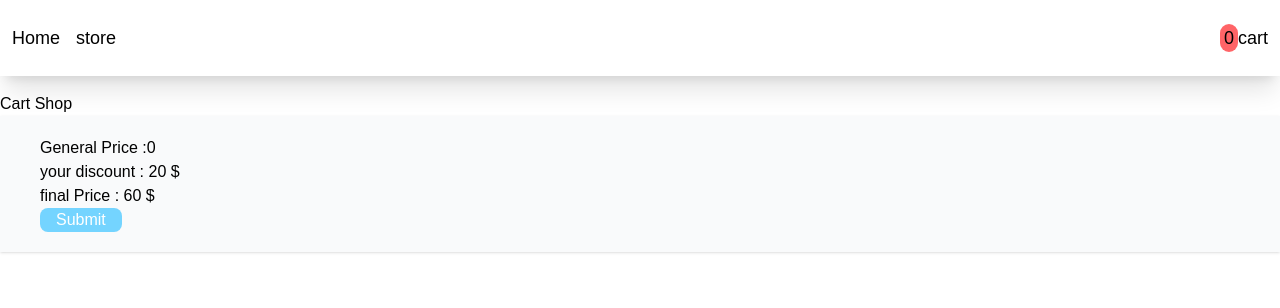
Repository: Rohullah-Noori/Nextjs-online-shop
Page: /cart
The author's editor kept a copy of each file at every save. The page is drawn from the files as they stood at one save, then again after the next save.
The browser window is 1280 px wide. The pictures show the whole page.
The project was rebuilt for these pictures with package versions that can differ from the ones it lists, and the page was loaded fresh each time. The framework's server and built-in components were replaced by stand-ins that run in the browser. Requests to the local data server were answered from the project's data file. Also part of the build but not shown: next.config.ts, src/app/components/AddToCart.tsx, src/app/components/CartItem.tsx.

Above is the page before, as saved 2025-05-13 16:32:16.

### src/app/cart/page.tsx
"use client";

import React, { useEffect, useState } from "react";
import Container from "../components/Container";
import CartItem from "../components/CartItem";
import { useShopingContextCustim } from "../context/page";
import axios from "axios";
import { IProductsProps } from "../components/Products";
import { formatNumber } from "@/utils/number";

export default function Cart() {
  const { cart } = useShopingContextCustim();

  const [data, setData] = useState<IProductsProps[]>([]);

  useEffect(() => {
    axios(`http://localhost:3004/products`).then((res) => {
      const { data } = res;
      setData(data);
    });
  }, []);

  console.log(data);

  return (
    <Container>
      <h1>Cart Shop</h1>
      {cart.map((item) => (
        <CartItem key={item.id} {...item} />
      ))}

      <div className="shadow bg-gray-50 gap-y-3 px-10 py-5 ">
        <p>
          General Price :
          <span>
            {formatNumber(
              cart.reduce((total, item) => {
                const selectedproduct = data.find(
                  (product) => product.id == item.id.toString()
                );
                return total + (selectedproduct?.price ?? 0) * item.qty;
              }, 0)
            )}
          </span>
        </p>
        <p>
          your discount : <span>20 $</span>{" "}
        </p>
        <p>
          final Price : <span>60 $</span>
        </p>
        <div className=" flex justify-start gap-x-3">
          <button className=" px-4 rounded-lg bg-sky-300 text-white">
            Submit
          </button>
          {/* <input
            type="text"
            value={"please enter your discount code"}
            className="w-[300px] bg-sky-50 rounded-lg px-3 text-gray-400"
          /> */}
        </div>
      </div>
    </Container>
  );
}

### src/app/components/Layout.tsx
import React from "react";
import Navbar from "./Navbar";

interface IlayoutProps {
  children: React.ReactNode;
}

export default function Layout({ children }: IlayoutProps) {
  return (
    <div>
      <Navbar />
      {children}
    </div>
  );
}

### src/app/context/page.tsx
"use client";
import React, { createContext, useContext, useState } from "react";

type IshopContextProps = {
  children: React.ReactNode;
};

type cartItems = {
  id: number;
  qty: number;
};

type TshopingContext = {
  cart: cartItems[];
  HandleincreasetoCard: (id: number) => void;
  getProductqty: (id: number) => number;
  totalitemsqty: number;
  handledecreasetoCard: (id: number) => void;
  RemovehandleSubmit: (id: number) => void;
};

const shopingContext = createContext({} as TshopingContext);

export const useShopingContextCustim = () => {
  return useContext(shopingContext);
};

export default function ConextShop({ children }: IshopContextProps) {
  const [cart, setCart] = useState<cartItems[]>([]);

  const getProductqty = (id: number) => {
    return cart.find((item) => item.id == id)?.qty ?? 0;
  };

  const totalitemsqty = cart.reduce((totalgqty, item) => {
    return totalgqty + item.qty;
  }, 0);

  const HandleincreasetoCard = (id: number) => {
    setCart((prev) => {
      const isnotExist = prev.find((item) => item.id === id) == null;
      if (isnotExist) {
        return [...prev, { id: id, qty: 1 }];
      } else {
        return prev.map((item) => {
          if (item.id == id) {
            return { ...item, qty: item.qty + 1 };
          } else {
            return item;
          }
        });
      }
    });
  };

  const handledecreasetoCard = (id: number) => {
    setCart((prev) => {
      const islastOne = prev.find((item) => item.id == id)?.qty == 1;
      if (islastOne) {
        return prev.filter((item) => item.id != id);
      } else {
        return prev.map((item) => {
          if (item.id == id) {
            return {
              ...item,
              qty: item.qty - 1,
            };
          } else {
            return item;
          }
        });
      }
    });
  };

  const RemovehandleSubmit = (id: number) => {
    setCart((prev) => {
      return prev.filter((item) => item.id != id);
    });
  };

  return (
    <shopingContext.Provider
      value={{
        cart,
        HandleincreasetoCard,
        getProductqty,
        totalitemsqty,
        handledecreasetoCard,
        RemovehandleSubmit,
      }}
    >
      {children}
    </shopingContext.Provider>
  );
}

### src/app/components/Container.tsx
import React from "react";
interface IContainerProps {
  children: React.ReactNode;
}

export default function Container({ children }: IContainerProps) {
  return <div className="container mx-auto">{children}</div>;
}

### src/utils/number.tsx
export function formatNumber(num: number) {
  return num.toString().replace(/\B(?=(\d{3})+(?!\d))/g, ",");
}

### src/app/components/Navbar.tsx
"use client";
import Link from "next/link";
import { usePathname } from "next/navigation";

import React from "react";
import Container from "./Container";
import { useShopingContextCustim } from "../context/page";

export default function Navbar() {
  const { totalitemsqty } = useShopingContextCustim();
  const pathname = usePathname();
  const navlinks = [
    {
      title: "Home",
      href: "/",
    },
    {
      title: "store",
      href: "/store",
    },
  ];

  return (
    <nav className="  flex p-3 mb-4 text-lg  shadow-xl  ">
      <Container>
        <div className="flex justify-between my-3 ">
          <div>
            {navlinks.map((item) => (
              <Link
                key={item.href}
                className={`mr-4 ${
                  pathname === item.href ? "text-sky-400" : ""
                }`}
                href={item.href}
              >
                {item.title}
              </Link>
            ))}
          </div>
          <div>
            <span className="bg-red-400 rounded-4xl p-1">{totalitemsqty}</span>
            <Link href="/cart">cart</Link>
          </div>
        </div>
      </Container>
    </nav>
  );
}

### database/db.json
{
  "products": [
    {
      "id": "1",
      "title": " Product 1",
      "price": 30,
      "description": "Kitchen sinks are essential for washing dishes, vegetables, and hands.\nKitchen lamps provide focused lighting for cooking and food preparation.\nCabinets store utensils, cookware, and pantry items in an organized way.\nCountertops offer space for chopping, mixing, and serving meals.\nStoves and ovens are central for cooking a variety of dishes.\nRefrigerators keep food fresh and beverages cold.\nThese materials make the kitchen functional, efficient, and enjoyable to use.",
      "image": "https://m.media-amazon.com/images/I/71r1BLOWnkL._AC_UF894,1000_QL80_.jpg"
    },
    {
      "id": "2",
      "title": " Product 2",
      "price": 10,
      "description": "Household cleaners like glass and ceramic cleaners help keep surfaces shiny and free from stains.\nThey remove dirt, grease, and bacteria, making the home healthier.\nGlass cleaners leave mirrors and windows streak-free and crystal clear.\nCeramic cleaners restore the shine of tiles and prevent mold growth.\nRegular use of these products extends the life of surfaces.\nThey also reduce unpleasant odors and leave a fresh scent.\nUsing the right cleaner makes cleaning faster and more effective.",
      "image": "https://media.istockphoto.com/id/510693044/photo/house-cleaning-product-on-wood-table.jpg?s=612x612&w=0&k=20&c=EZfeRCDgSMPnqG684zQBOqyNfDGx9JWTXS1Q2Lhrjy4="
    },
    {
      "id": "3",
      "title": " Product 3",
      "price": 20,

      "description": "Household cleaning tools like toothbrushes and bathroom brushes help maintain personal and home hygiene.\nToilet brushes are essential for keeping toilets clean and germ-free.\nShampoo is not only for hair but can also be used for gentle surface cleaning.\nCeramic cleaners remove stains and keep tiles shiny and fresh.\nKitchen floor cleaners remove grease and food residue for a safer cooking space.\nYard floor cleaners help",

      "image": "https://t3.ftcdn.net/jpg/01/91/32/34/360_F_191323402_W2ATUPr8dGHALHrvyX4WVlEDz4qXmmd9.jpg"
    },
    {
      "id": "4",
      "title": " Product 4",
      "price": 100,
      "description": "Bedroom essentials like pillows and beds provide comfort and support for restful sleep.\nSoft blankets and bed sheets add warmth and relaxation.\nCurtains help control light and add privacy to your room.\nClosets and drawers keep clothes and accessories organized.\nNightstands are useful for holding lamps, books, or phones.\nCarpets add a cozy feeling and reduce noise in the room.\nThese home materials make the bedroom more comfortable and functional.",
      "image": "https://a-static.besthdwallpaper.com/colorful-cartoon-design-with-open-door-and-household-items-wallpaper-1152x768-102826_36.jpg"
    },
    {
      "id": "5",
      "title": " Product 5",
      "price": 80,
      "description": "Chairs provide comfortable seating and come in various styles for different rooms.\nLamps add both light and ambiance, making spaces feel warm and inviting.\nWall art and paintings bring personality and color to your home.\nShelves and stands help organize books, plants, and decorative items.\nRugs define areas and add texture to floors.\nMirrors enhance light and make rooms appear more spacious.\nDecorations reflect your style and turn a house into a home.",
      "image": "https://plus.unsplash.com/premium_photo-1683133958062-12afa652a4fb?fm=jpg&q=60&w=3000&ixlib=rb-4.0.3&ixid=M3wxMjA3fDB8MHxzZWFyY2h8OXx8aG9tZSUyMGRlY29yfGVufDB8fDB8fHww"
    },
    {
      "id": "6",
      "title": " Product 6",
      "price": 5,
      "description": "Fruits are a natural source of vitamins, minerals, and fiber. They come in a variety of colors, shapes, and flavors. Eating fruits regularly helps boost your immune system. Some common fruits include apples, bananas, oranges, and grapes. Fruits are a delicious and healthy snack for any time of day.Many fruits grow on trees, bushes, or vines depending on the type. Tropical fruits like mangoes and pineapples thrive in warm climates.",

      "image": "https://t3.ftcdn.net/jpg/06/06/15/56/360_F_606155606_rFYHJP0uKgPNdpT3NoDbucxp0h38rlWb.jpg"
    }
  ]
}

Loaded but not shown: src/app/layout.tsx (common file); src/app/globals.css (common file)

After the next save:
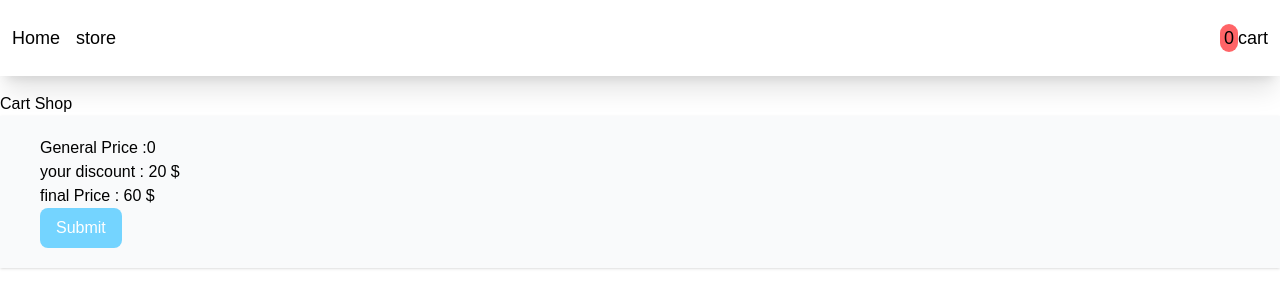
Saved 5 s later.
--- a/src/app/cart/page.tsx
+++ b/src/app/cart/page.tsx
@@ -50,7 +50,7 @@ export default function Cart() {
           final Price : <span>60 $</span>
         </p>
         <div className=" flex justify-start gap-x-3">
-          <button className=" px-4 rounded-lg bg-sky-300 text-white">
+          <button className=" px-4 py-2 rounded-lg bg-sky-300 text-white">
             Submit
           </button>
           {/* <input
